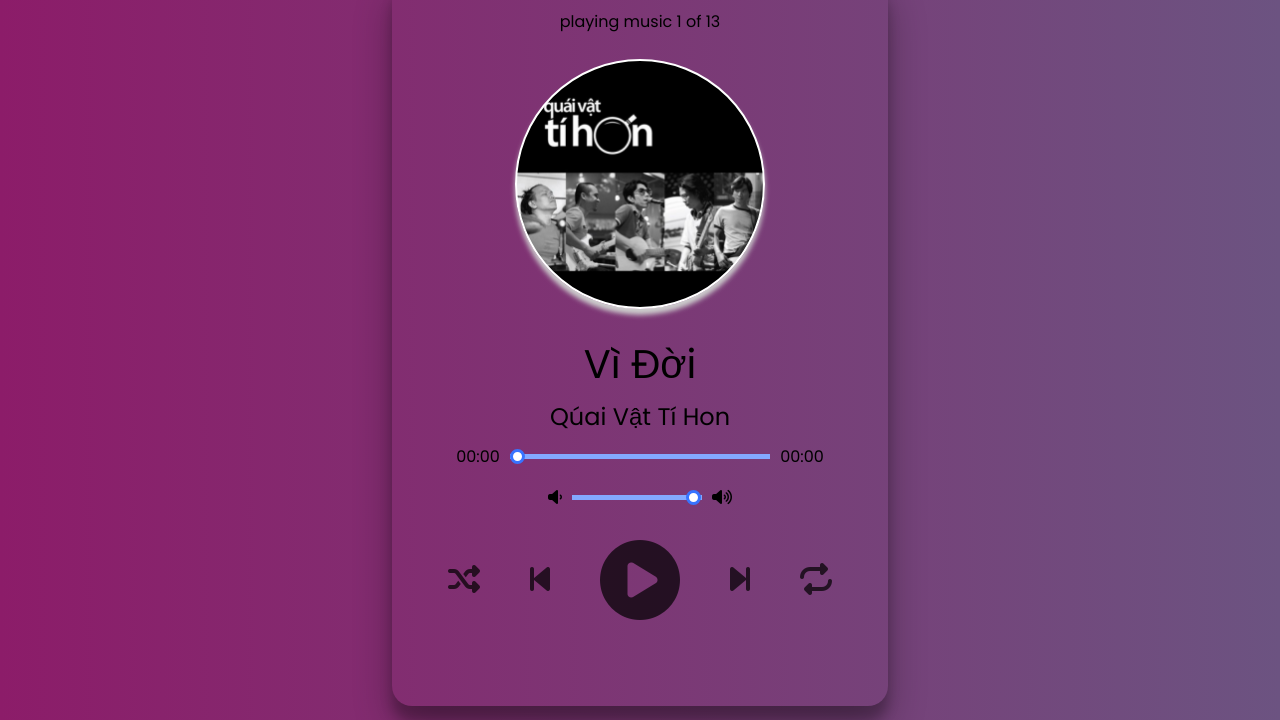
Repository: NguyenVietPhuQuy/Javascript-AudioPlayer
Page: index.html
The author's editor kept a copy of each file at every save. The page is drawn from the files as they stood at one save, then again after the next save.
The browser window is 1280 px wide. The pictures show the whole page.

Above is the page before, as saved 2022-11-09 12:59:16.

### index.html
<!DOCTYPE html>
<html lang="en">

<head>
    <meta charset="UTF-8">
    <meta http-equiv="X-UA-Compatible" content="IE=edge">
    <meta name="viewport" content="width=device-width, initial-scale=1.0">
    <title>Music Player</title>
    <!--Font-Awesome-->
    <link rel="stylesheet" href="https://cdnjs.cloudflare.com/ajax/libs/font-awesome/6.2.0/css/all.min.css">
    <!--Css-->
    <link rel="stylesheet" href="index.css">
</head>

<body>
    <div class="player">
        <div class="wrapper">
            <div class="details">
                <div class="now-playing">PAYING x OF y</div>
                <div class="track-art"></div>
                <div class="track-name">Track Name</div>
                <div class="track-artist">Track Artist</div>
            </div>

            <div class="slider_container">
                <div class="current-time">00:00</div>
                <input type="range" min="1" max="100" value="0" class="seek_slider" onchange="seekTo()">
                <div class="total-duration">00:00</div>
            </div>

            <div class="slider_container">
                <i class="fa fa-volume-down"></i>
                <input type="range" min="1" max="100" value="99" class="volume_slider" onchange="setVolume()">
                <i class="fa fa-volume-up"></i>
            </div>

            <div class="buttons">
                <div class="random-track" onclick="randomTrack()">
                    <i class="fas fa-random fa-2x" title="random"></i>
                </div>

                <div class="prev-track" onclick="prevTrack()">
                    <i class="fas fa-step-backward fa-2x"></i>
                </div>

                <div class="playPause-track" onclick="playPauseTrack()">
                    <i class="fas fa-play-circle fa-5x"></i>
                </div>

                <div class="next-track" onclick="nextTrack()">
                    <i class="fas fa-step-forward fa-2x"></i>
                </div>

                <div class="repeat-track" onclick="repeatTrack()">
                    <i class="fas fa-repeat fa-2x" title="repeat"></i>
                </div>
            </div>

            <div id="wave">
                <span class="stroke"></span>
                <span class="stroke"></span>
                <span class="stroke"></span>
                <span class="stroke"></span>
                <span class="stroke"></span>
                <span class="stroke"></span>
                <span class="stroke"></span>
            </div>
        </div>
    </div>
    <!--Main-->
    <script src="https://ajax.googleapis.com/ajax/libs/jquery/3.6.0/jquery.min.js"></script>
    <script src="index.js"></script>
</body>

</html>

### index.css
/*Font Google and base*/
@import url('https://fonts.googleapis.com/css2?family=Poppins&display=swap');
*{
    font-family: 'Poppins',sans-serif;
    box-sizing: border-box;
    margin: 0;
}
img{
    width: 100%;
}
/*Main*/
.player{
    height: 95vh;
    display: flex;
    align-items: center;
    flex-direction: column;
    justify-content: center;
}
.wrapper{
    border: 1px solid transparent;
    padding: 30px;
    border-radius: 20px;
    box-shadow: rgba(0, 0, 0, 0.3) 0 19px 38px, rgba(0, 0, 0, 0.22) 0 15px 12px
}
.details{
    display: flex;
    align-items: center;
    flex-direction: column;
    justify-content: center;
}
.track-art{
    margin: 25px;
    height: 250px;
    width: 250px;
    border: 2px solid #fff;
    background-size: cover;
    background-position: center;
    box-shadow: 0px 6px 5px #ccc;
    border-radius: 190px;
}
.now-playing {
    font-size: 1rem;
}
.track-name{
    font-size: 2.5rem;
    max-width: 200px;
}
.track-artist{
    margin-top: 5px;
    font-size: 1.5rem;
}
.buttons{
    display: flex;
    flex-direction: row;
    align-items: center;
    margin-bottom: 30px;
}
.active{
    color: black;
}
.repeat-track
,.random-track
,.playPause-track
,.prev-track
,.next-track{
    padding: 25px;
    opacity: 0.7;
    transition: opacity .2s;
}
.repeat-track:hover
,.random-track:hover
,.playPause-track:hover
,.prev-track:hover
,.next-track:hover{
    opacity: 1;
}
.slider_container{
    display: flex;
    justify-content: center;
    align-items: center;

}
.seek_slider,
.volume_slider{
    appearance: none;
    height: 5px;
    background-color: #83a9ff;
    transition: opacity .2s;
}
.seek_slider::-webkit-slider-thumb,
.volume_slider::-webkit-slider-thumb{
    appearance: none;
    width: 15px;
    height: 15px;
    background: white;
    border: 3px solid #3774ff;
    cursor: pointer;
    border-radius: 100%;
}
.seek_slider:hover,
.volume_slider:hover{
    opacity: 1;
}
.seek_slider{
    width: 60%;
}
.volume_slider{
    width: 30%;
}
.current-time,
.total-duration{
    padding: 10px;
}
i.fa-volume-down,
i.fa-volume-up{
    padding:10px ;
}
i,
i.fa-play-circle,
i.fa-pause-circle,
i.fa-step-forward,
i.fa-step-backward{
    cursor: pointer;
}
.randomActive{
    color: whitesmoke;
}
.rotate{
    animation: rotation 8s infinite linear;
}
@keyframes rotation{
    from{
        transform: rotate(0deg);
    }
    to {
        transform: rotate(359deg);
    }
}
.loader{
    height: 70px;
    display: flex;
    justify-content: center;
    align-items: center;
}
.loader .stroke{
    background: #f1f1f1;
    height: 150%;
    width: 10px;
    border-radius: 50px;
    margin: 0 5px;
    animation: animate 1.4s linear infinite;
}
@keyframes animate{
    50%{
        height: 20%;
        background: #4286f4;
    }
    100%{
        height: 100%;
    }
}
.stroke:nth-child(1){
    animation-delay: 0s;
}
.stroke:nth-child(2){
    animation-delay: 0.3s;
}
.stroke:nth-child(3){
    animation-delay: 0.6s;
}
.stroke:nth-child(4){
    animation-delay: 0.9s;
}
.stroke:nth-child(5){
    animation-delay: 0.6s;
}
.stroke:nth-child(6){
    animation-delay: 0.3s;
}
.stroke:nth-child(7){
    animation-delay: 0s;
}

### index.js

let now_playing = document.querySelector('.now-playing');
let track_art = document.querySelector('.track-art');
let track_name = document.querySelector('.track-name');
let track_artist = document.querySelector('.track-artist');

let playPause_btn = document.querySelector('.playPause-track');
let next_btn = document.querySelector('.next-track');
let prev_btn = document.querySelector('.prev-track');

let seek_slider = document.querySelector('.seek_slider');
let volume_slider = document.querySelector('.volume_slider');
let curr_time = document.querySelector('.current-time');
let total_duration = document.querySelector('.total-duration');
let wave = document.querySelector('#wave');
let randomIcon = document.querySelector('.fa-random');
let curr_track = document.createElement('audio');

let track_index=0;
let isPlaying =false;
let isRandom =false;
let updateTimer;

const music_list = [
    {
        img: '/Images/QuaiVatTiHon.jpg',
        name: 'Vì Đời',
        artist: 'Qúai Vật Tí Hon',
        music: 'Musics/QuaiVatTiHon/Vi-Doi-Quai-Vat-Ti-Hon.mp3'
    },
    {
        img: '/Images/QuaiVatTiHon.jpg',
        name: 'Vợ ơi anh sai đã sai rồi',
        artist: 'Qúai Vật Tí Hon',
        music: 'Musics/QuaiVatTiHon/Vo-Oi-Anh-Da-Sai-Roi-Quai-Vat-Ti-Hon.mp3'
    },
    {
        img: '/Images/QuaiVatTiHon.jpg',
        name: 'Đường về',
        artist: 'Qúai Vật Tí Hon',
        music: 'Musics/QuaiVatTiHon/Duong-Ve-Quai-Vat-Ti-Hon.mp3'
    },
    {
        img: '/Images/QuaiVatTiHon.jpg',
        name: 'Mascara',
        artist: 'Chilles',
        music: 'Musics/Chilles/Mascara-Chillies-6467676.mp3'
    },
    {
        img: '/Images/QuaiVatTiHon.jpg',
        name: 'Nếu ngày mai không đến',
        artist: 'Chilles',
        music: 'Musics/Chilles/NeuNgayMaiKhongDen-Chillies-6467646.mp3'
    },
    {
        img: '/Images/QuaiVatTiHon.jpg',
        name: 'Những con đường song song',
        artist: 'Chilles',
        music: 'Musics/Chilles/NhungConDuongSongSong-Chillies-6467569.mp3'
    },
    {
        img: '/Images/QuaiVatTiHon.jpg',
        name: 'Qua Khung Cửa Sổ',
        artist: 'Chilles',
        music: 'Musics/Chilles/QuaKhungCuaSo-Chillies-6811489.mp3'
    },
    {
        img: '/Images/QuaiVatTiHon.jpg',
        name: 'SunKissed',
        artist: 'Chilles',
        music: 'Musics/Chilles/SunkissedFeatChauBui-Chillies-7196795.mp3'
    },
    {
        img: '/Images/QuaiVatTiHon.jpg',
        name: 'Và thế là hêt',
        artist: 'Chilles',
        music: 'Musics/Chilles/VaTheLaHet-Chillies-6467602.mp3'
    },
    {
        img: '/Images/QuaiVatTiHon.jpg',
        name: 'Vùng Ký Ức',
        artist: 'Chilles',
        music: 'Musics/Chilles/VungKyUc-Chillies-6278528.mp3'
    },
    {
        img: '/Images/Chilles.jpg',
        name: 'Cứ Chill thôi',
        artist: 'Chilles',
        music: 'Musics/Chilles/CuChillThoi-ChilliesSuniHaLinhRhymastic-6330366.mp3'
    },
    {
        img: '/Images/Chilles.jpg',
        name: 'Cảm Ơn và Xin Lỗi',
        artist: 'Chilles',
        music: 'Musics/Chilles/CamOnVaXinLoi-Chillies-6467640.mp3'
    },
    {
        img: '/Images/Chilles.jpg',
        name: 'Gía Như',
        artist: 'Chilles',
        music: '/Musics/Chilles/GiaNhu-Chillies-7016096.mp3'
    }

]
loadTrack(track_index);
function loadTrack(track_index){
    clearInterval(updateTimer);
    reset();

    curr_track.src = music_list[track_index].music;
    curr_track.load();
    track_art.style.backgroundImage ="url("+ music_list[track_index].img+")";
    track_name.textContent = music_list[track_index].name;
    track_artist.textContent = music_list[track_index].artist;
    now_playing.textContent = "playing music" +" " +(track_index+1) +" "+ "of" +" "+ music_list.length;

    updateTimer = setInterval(setUpdate,1000);

    curr_track.addEventListener('ended',nextTrack);
    random_bg_color();
}

function random_bg_color(){
    let hex = ['0','1','2','3','4','5','6','7','8','9','a','b','c','d','e']
    let a;

    function populate(a){
        for(let i=0;i<6;i++){
            let x =Math.round(Math.random()*14);
            let y = hex[x];
            a += y;
        }
        return a;
    }
    let Color1 = populate('#');
    console.log(Color1)
    let Color2 = populate('#');
    console.log(Color2)
    var angle = 'to right';
    let gradient = 'linear-gradient('+angle+','+ Color1+','+ Color2+')';
    document.body.style.background =gradient;
}

function reset(){
    curr_time.textContent = "00:00";
    total_duration.textContent ="00:00";
    seek_slider.value = 0;
}
function randomTrack(){
    isRandom ? pauseRandom ():playRandom();
}

function playRandom(){
    isRandom =true;
    randomIcon.classList.add('randomActive');
}
function pauseRandom(){
    isRandom =false;
    randomIcon.classList.remove('randomActive');
}
function repeatTrack(){
    let current_index = track_index;
    loadTrack(current_index);
    playTrack();
}
function playPauseTrack(){
    isPlaying ? pauseTrack() : playTrack();
}
function playTrack(){
    curr_track.play();
    isPlaying =true;
    track_art.classList.add('rotate');
    wave.classList.add('loader');
    playPause_btn.innerHTML = '<i class="fa fa-pause-circle fa-5x"></i>'
}
function pauseTrack(){
    curr_track.pause();
    isPlaying = false;
    track_art.classList.remove('rotate');
    wave.classList.remove('loader');
    playPause_btn.innerHTML = '<i class="fa fa-play-circle fa-5x"></i>'
}

function nextTrack(){
    if (track_index<music_list.length -1 && isRandom === false)
    {track_index+=1}
    else if (track_index< music_list.length -1 && isRandom ===true)
    {let random_index =Number.parseInt(Math.random()*music_list.length);
    track_index =random_index;
    }
    else{track_index=0}
    loadTrack(track_index);
    playTrack();
}
function prevTrack(){
    if(track_index>0){
        track_index -=1;
    } else {
        track_index =music_list.length -1;
    }
    loadTrack(track_index);
    playTrack();
}
function seekTo(){
    let seekTo = curr_track.duration * (seek_slider.value/100);
    curr_track.currentSrc =seekTo;
}
function setVolume(){
    curr_track.volume = volume_slider.value/100;
}
function setUpdate(){
    let seekPosition =0;
    if(!isNaN(curr_track.duration)){
        seekPosition = curr_track.currentTime*(100/curr_track.duration);
        seek_slider.value = seekPosition;

        let currentMinutes = Math.floor(curr_track.currentTime/60);
        let currentSeconds =Math.floor(curr_track.currentTime -currentMinutes*60);
        let durationMinutes =Math.floor(curr_track.duration/60);
        let durationSeconds =Math.floor(curr_track.duration -durationMinutes*60);
        if(currentSeconds<10){currentSeconds="0"+currentSeconds;}
        if(durationSeconds<10){durationSeconds= "0"+durationSeconds;}
        if(currentMinutes<10){currentMinutes ="0" +currentMinutes;}
        if(durationMinutes<10){durationMinutes= "0"+durationMinutes;}
        curr_time.textContent = currentMinutes +':' + currentSeconds;
        total_duration.textContent = durationMinutes +':'+durationSeconds;
    }
}

After the next save:
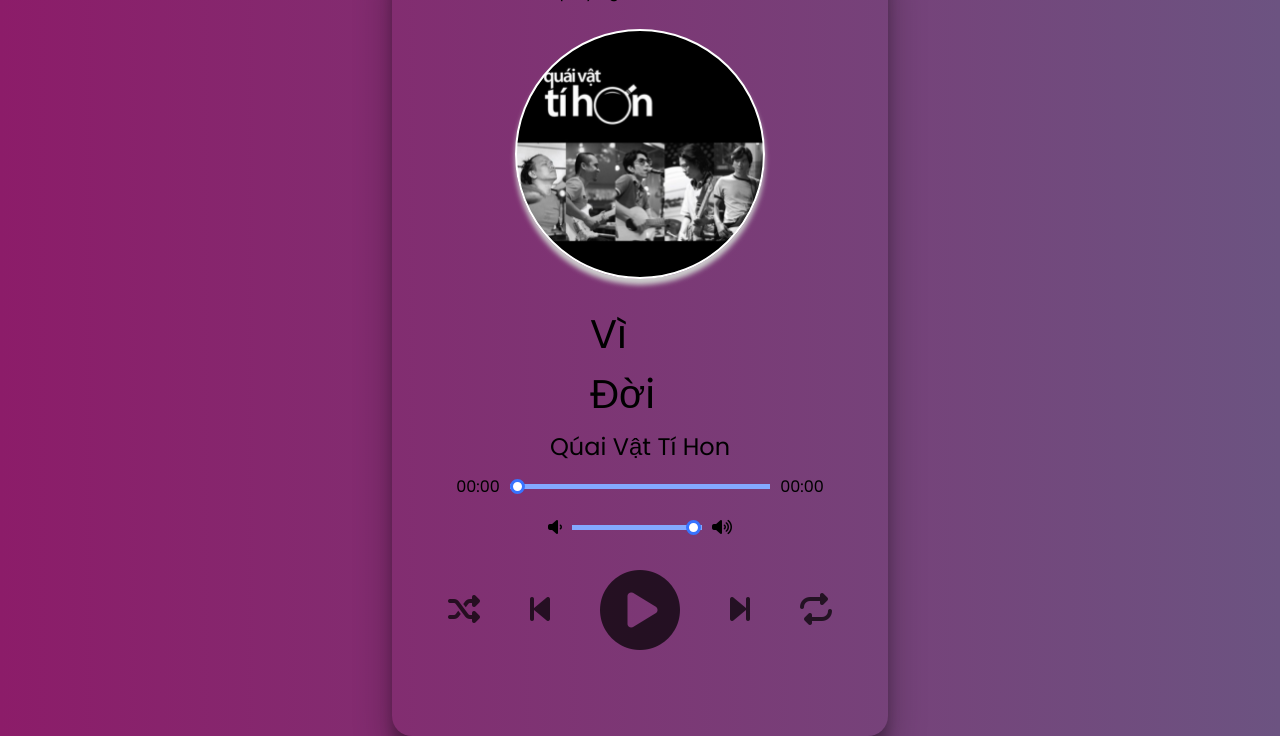
Saved 6 s later.
--- a/index.css
+++ b/index.css
@@ -43,7 +43,7 @@
 }
 .track-name{
     font-size: 2.5rem;
-    max-width: 200px;
+    max-width: 100px;
 }
 .track-artist{
     margin-top: 5px;

After the save that followed:
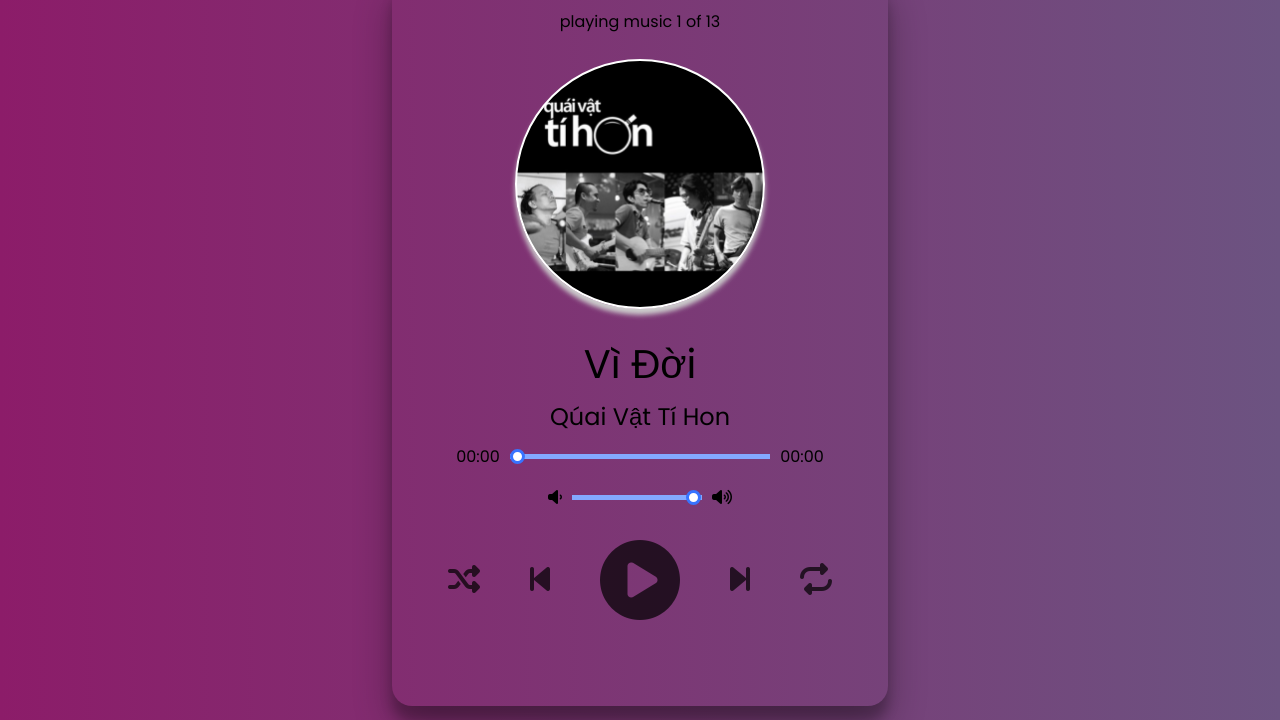
Saved 33 s later.
--- a/index.css
+++ b/index.css
@@ -43,7 +43,7 @@
 }
 .track-name{
     font-size: 2.5rem;
-    max-width: 100px;
+    max-width: 200px;
 }
 .track-artist{
     margin-top: 5px;
